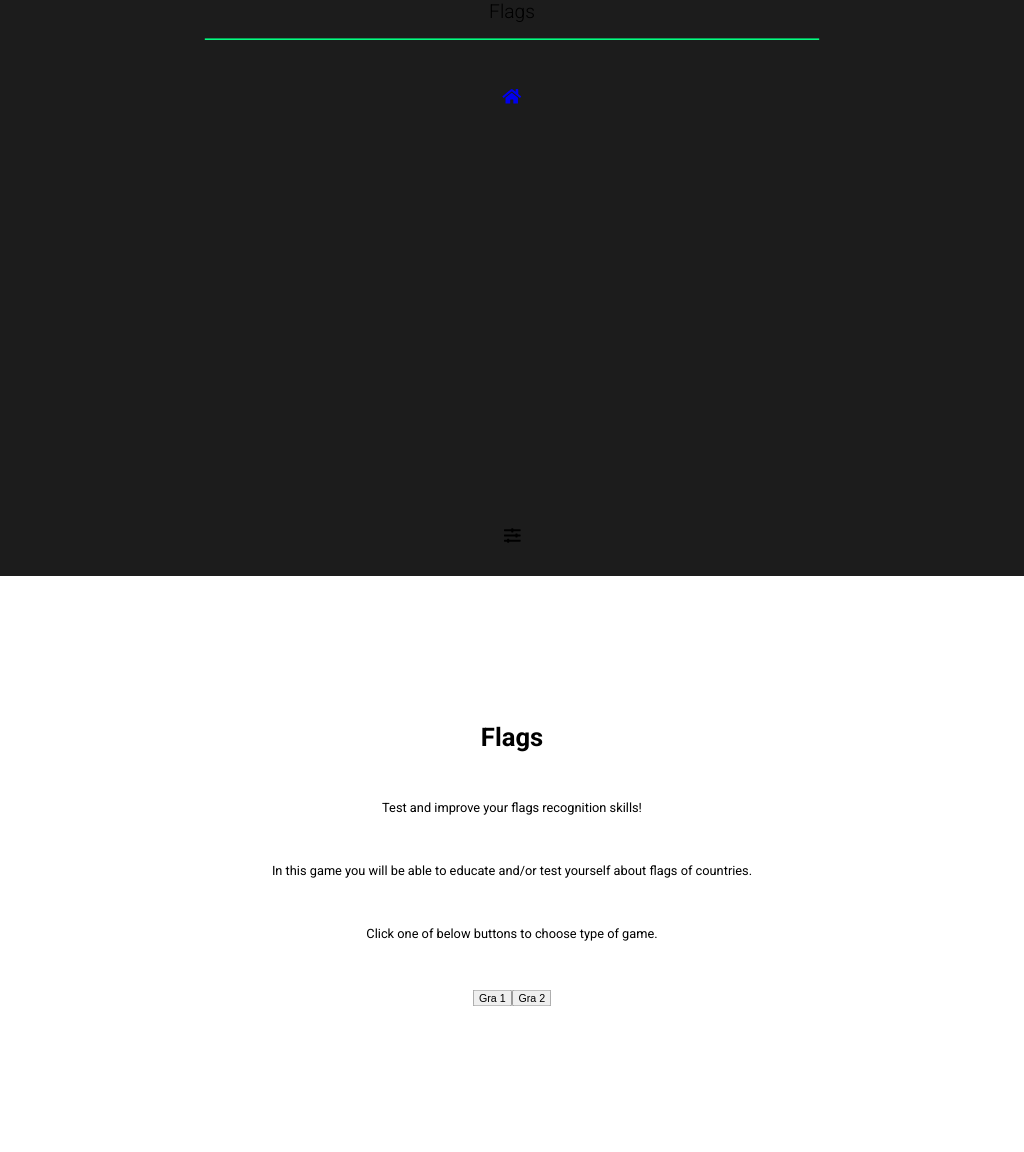
Repository: RXBVK/Flags
Page: /
These files come from the project's save history. The page is drawn as it stood at one moment and after the next save; the edit follows.
The browser window is 1280 px wide. The pictures show the whole page, at 80% of full size.
The project was rebuilt for these pictures with package versions that can differ from the ones it lists, and the page was loaded fresh each time.

Above is the page before, as saved 2021-06-29 16:28:16.

After the next save:
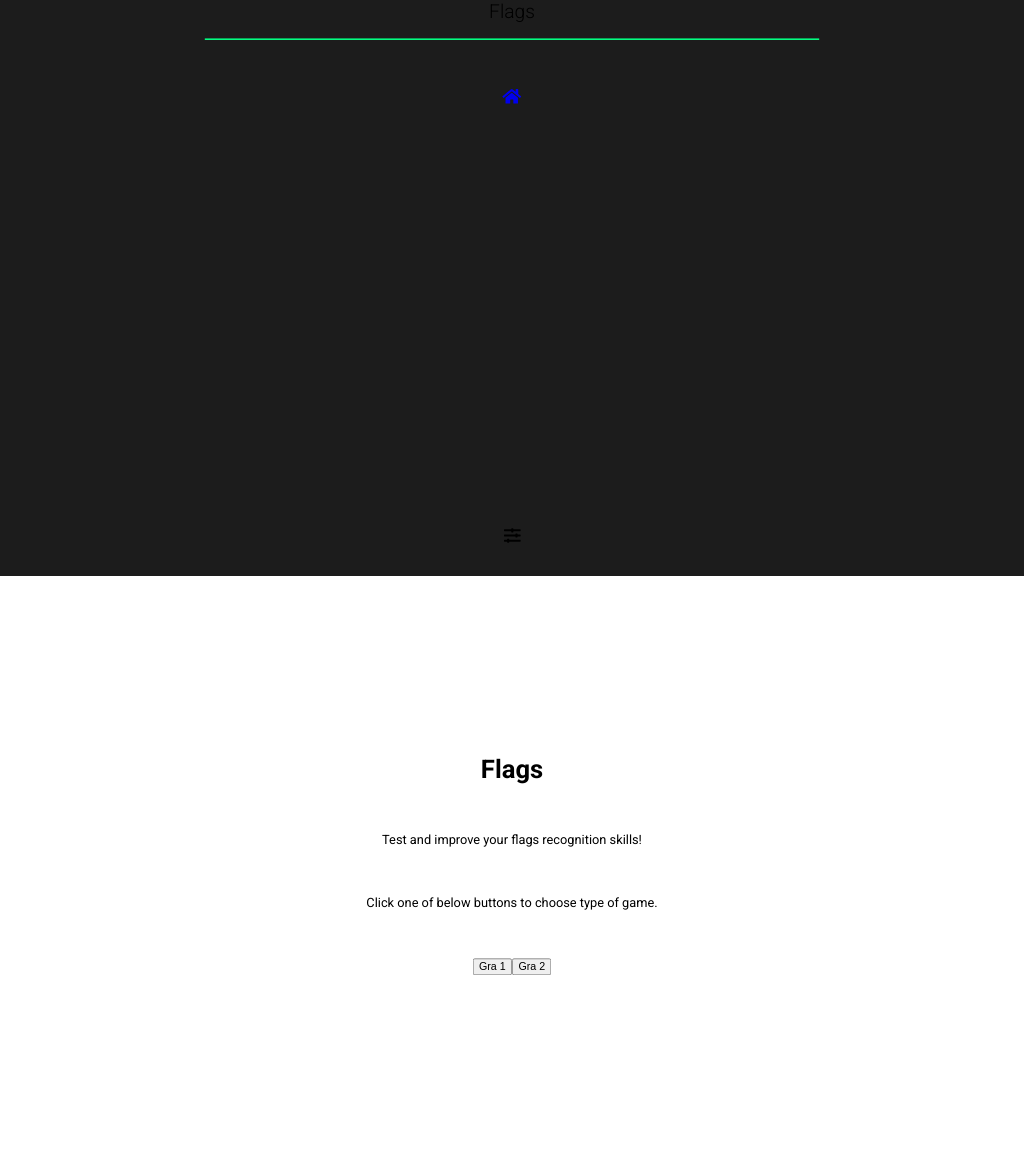
Saved 20 s later.
--- a/src/components/Home/Home.js
+++ b/src/components/Home/Home.js
@@ -5,10 +5,6 @@
     <div className="container">
       <h1>Flags</h1>
       <p>Test and improve your flags recognition skills!</p>
-      <p>
-        In this game you will be able to educate and/or test yourself about
-        flags of countries.
-      </p>
       <p>Click one of below buttons to choose type of game.</p>
       <div>
         <button>Gra 1</button>

After the save that followed:
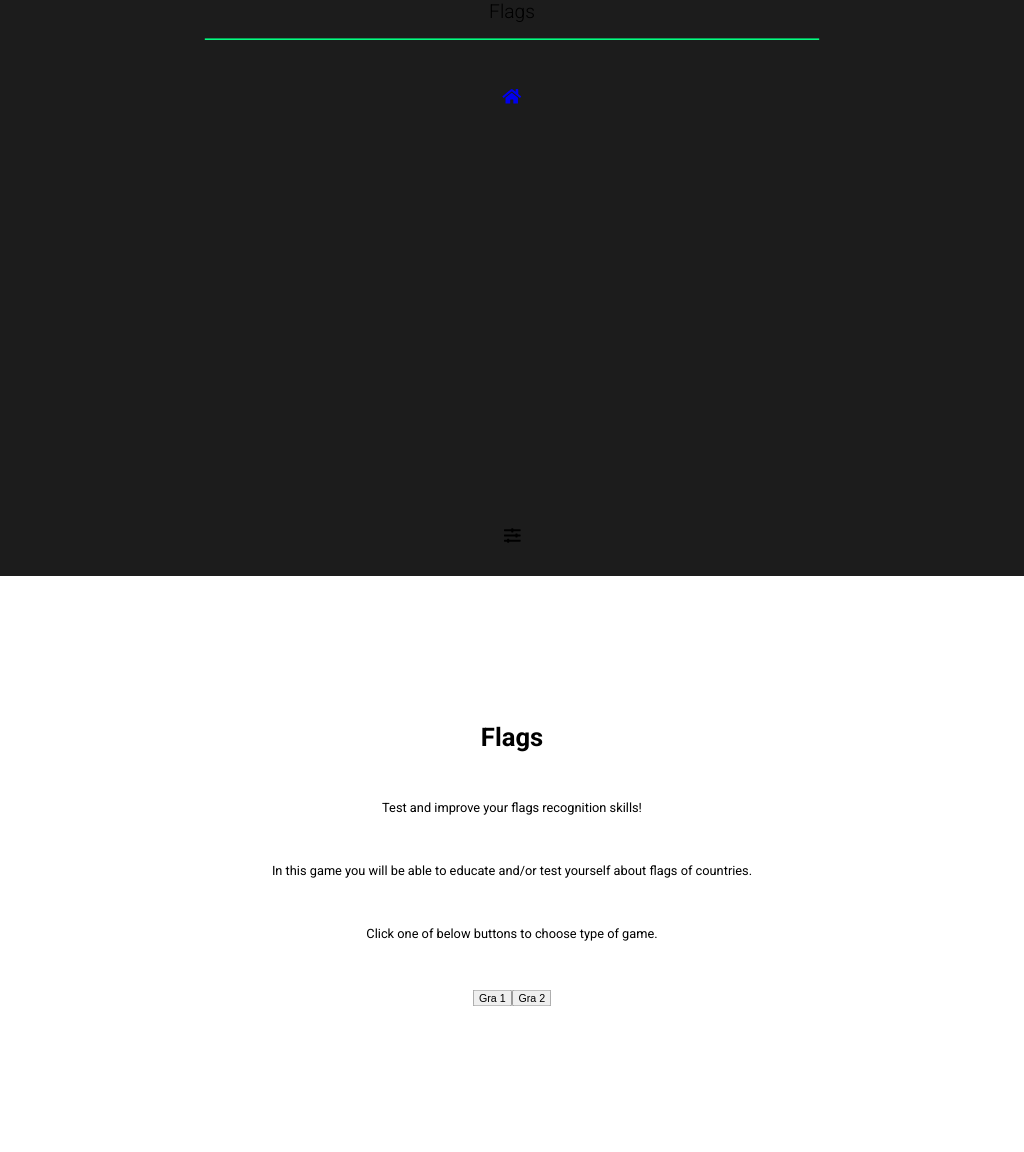
Saved 6 s later.
--- a/src/components/Home/Home.js
+++ b/src/components/Home/Home.js
@@ -5,6 +5,10 @@
     <div className="container">
       <h1>Flags</h1>
       <p>Test and improve your flags recognition skills!</p>
+      <p>
+        In this game you will be able to educate and/or test yourself about
+        flags of countries.
+      </p>
       <p>Click one of below buttons to choose type of game.</p>
       <div>
         <button>Gra 1</button>
